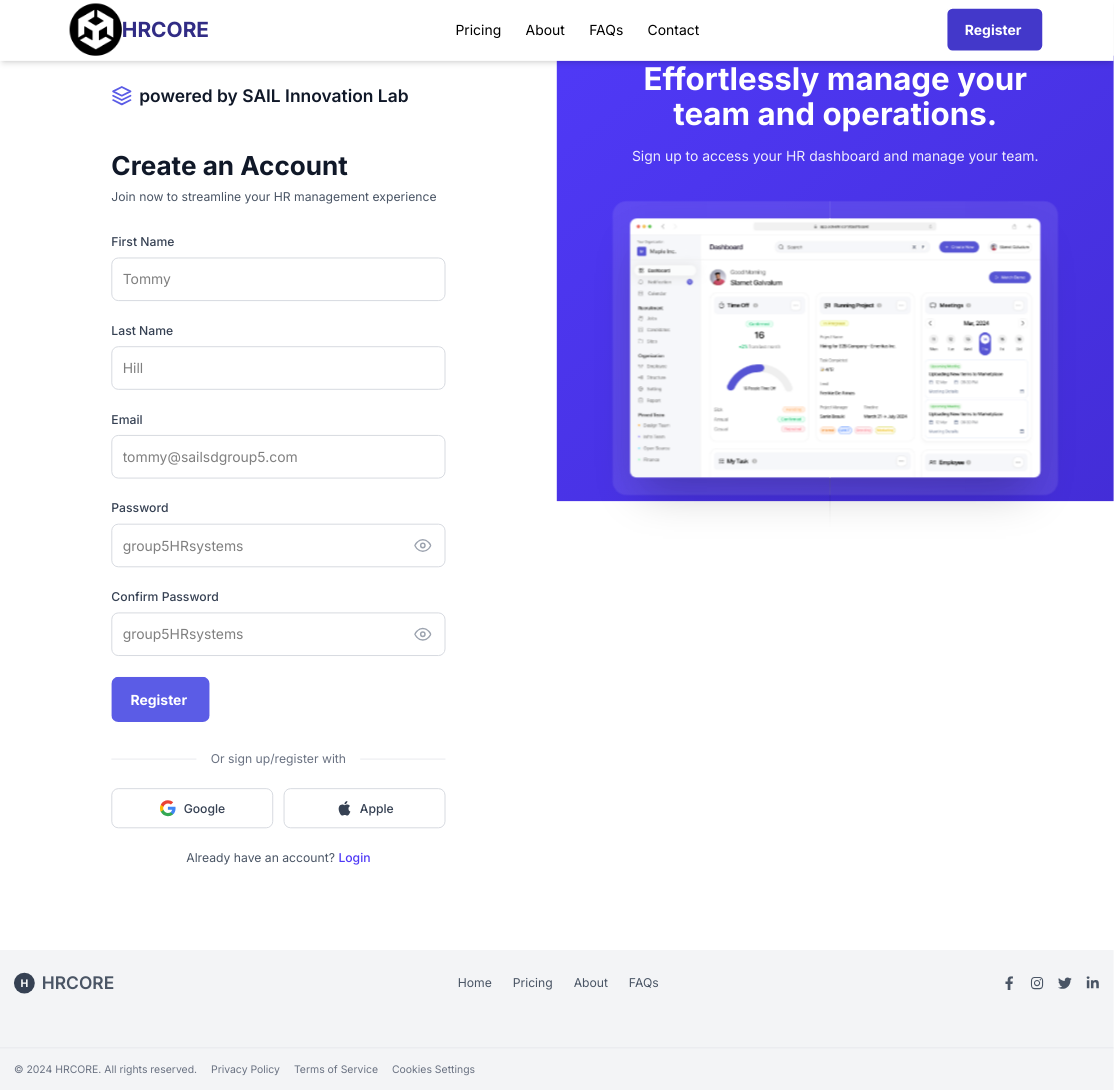
Repository: SAIL-GROUP-5-HR-WEB-APP/HR-WEB
Page: /signup
The author's editor kept a copy of each file at every save. The page is drawn from the files as they stood at one save, then again after the next save.
The browser window is 1280 px wide. The pictures show the whole page, at 87% of full size.
The project was rebuilt for these pictures with package versions that can differ from the ones it lists, and the page was loaded fresh each time. Also part of the build but not shown: vite.config.ts, src/Components/Block/home/Hero.tsx, src/Components/Block/home/Companies.tsx, src/Components/Block/home/Body.tsx, src/Components/Block/home/HowItWorks.tsx, src/Components/Block/home/HowOne.tsx, src/Components/Block/home/HowTwo.tsx, src/Components/Block/home/Testimonial.tsx and 8 more.

Above is the page before, as saved 2025-08-11 09:04:45.

### index.html
<!DOCTYPE html>
<html lang="en">
  <head>
    <meta charset="UTF-8" />
    <link rel="icon" type="image/svg+xml" href="/vite.svg" />
    <meta name="viewport" content="width=device-width, initial-scale=1.0" />
    <title>Vite + React + TS</title>
    <link rel="preconnect" href="https://fonts.googleapis.com" />
    <link rel="preconnect" href="https://fonts.gstatic.com" crossorigin />
    <link
      href="https://fonts.googleapis.com/css2?family=Inter:ital,opsz,wght@0,14..32,100..900;1,14..32,100..900&display=swap"
      rel="stylesheet"
    />
  </head>
  <body>
    <div id="root"></div>
    <script type="module" src="/src/main.tsx"></script>
  </body>
</html>

### src/App.tsx
import React from "react";
import Home from "./Pages/Home";
import About from "./Pages/About";
import Pricing from "./Pages/Pricing";
import Faqs from "./Pages/Faqs";
import { BrowserRouter, Routes, Route } from "react-router-dom";
import Header from "./Static/Header";
import Footer from "./Static/Footer";
import LoginPage from "./Pages/LoginPage";
import SignupPage from "./Pages/SignupPage";
import Onboarding from "./Pages/Onboarding";
import Contact from "./Pages/Contact";

const App = () => {
  return (
    <div>
      <BrowserRouter>
        <Header />
        <Routes>
          <Route path="/" element={<Home />} />
          <Route path="/about" element={<About />} />
          <Route path="/pricing" element={<Pricing />} />
          <Route path="/faqs" element={<Faqs />} />
          <Route path="/login" element={<LoginPage />} />
          <Route path="/signup" element={<SignupPage />} />
          <Route path="/onboarding" element={<Onboarding />} />
          <Route path="/contact" element={<Contact />} />
        </Routes>
        <Footer />
      </BrowserRouter>
    </div>
  );
};

export default App;

### src/index.css
@tailwind base;
@tailwind components;
@tailwind utilities;

@import "tailwindcss";

@theme {
  --breakpoint-tablet: 800px;
  --breakpoint-mobile: 500px;
}

:root {
  line-height: 1.5;
  font-weight: 400;
}

body {
  margin: 0;
  font-family: "Inter", sans-serif;
}

### src/Static/Header.tsx
import React, { useState } from "react";
import { Link } from "react-router-dom";

import { RxHamburgerMenu, RxCross1 } from "react-icons/rx";
import Sidebar from "./Sidebar";
import logo from "../assets/hrlogo.png";
import Button from "../Components/Reuseable/Button";

const Header: React.FC = () => {
  const [toggle, setToggle] = useState(false);

  const handleToggle = () => {
    setToggle((prev) => !prev);
  };

  return (
    <header className="shadow-md h-[70px] fixed top-0 right-0 left-0 bg-white z-40">
      <div className="max-w-[1280px] mx-auto px-20 flex items-center justify-between py-1 ">
        <Link to="/">
          {" "}
          <div className="flex items-center">
            <img src={logo} alt="" className="w-[60px]" />
            <span className="font-bold text-2xl text-indigo-900">HRCORE</span>
          </div>
        </Link>

        <div className="flex gap-7 max-[990px]:hidden ">
          <Link to="/pricing">
            {" "}
            <nav>Pricing</nav>
          </Link>
          <Link to="/about">
            <nav>About</nav>
          </Link>
          <Link to="/faqs">
            {" "}
            <nav>FAQs</nav>
          </Link>
          <Link to="/contact">
            {" "}
            <nav>Contact</nav>
          </Link>
        </div>
        <div className="max-[990px]:hidden ">
          <Link to="/signup">
            <Button
              title="Register"
              bg="#4338CA"
              textColor="white"
              borderColor="white"
              hoverr=" hover:scale-105"
            />
          </Link>
        </div>
        <section className=" hidden max-[990px]:block">
          {toggle ? (
            <RxCross1 size={35} onClick={handleToggle} />
          ) : (
            <RxHamburgerMenu size={35} onClick={handleToggle} />
          )}
        </section>
      </div>
      <div>{toggle && <Sidebar handleToggle={handleToggle} />}</div>
    </header>
  );
};

export default Header;

### src/Pages/SignupPage.tsx
import React, { useState } from 'react';
import Logo from '../Components/Reuseable/Logo';
import PasswordInput from '../Components/Reuseable/PasswordInput';
import SocialButton from '../Components/Reuseable/SocialButton';
import Button from '../Components/Reuseable/Button';

// Define the shape of the form data for type safety
interface FormData {
  firstName: string;
  lastName: string;
  email: string;
  password: string;
  confirmPassword: string;
}

// Main SignupPage component for user registration
const SignupPage: React.FC = () => {
  // State for form inputs
  const [formData, setFormData] = useState<FormData>({
    firstName: '',
    lastName: '',
    email: '',
    password: '',
    confirmPassword: '',
  });

  // State for form errors
  const [errors, setErrors] = useState<Partial<FormData>>({});
  // State for password visibility
  const [showPassword, setShowPassword] = useState(false);
  const [showConfirmPassword, setShowConfirmPassword] = useState(false);
  // State for submission status
  const [submitError, setSubmitError] = useState<string | null>(null);

  // Validate form inputs
  const validateForm = (): boolean => {
    const newErrors: Partial<FormData> = {};
    if (!formData.firstName.trim()) {
      newErrors.firstName = 'First name is required';
    }
    if (!formData.lastName.trim()) {
      newErrors.lastName = 'Last name is required';
    }
    if (!formData.email.trim()) {
      newErrors.email = 'Email is required';
    } else if (!/^[^\s@]+@[^\s@]+\.[^\s@]+$/.test(formData.email)) {
      newErrors.email = 'Invalid email format';
    }
    if (!formData.password) {
      newErrors.password = 'Password is required';
    } else if (formData.password.length < 8) {
      newErrors.password = 'Password must be at least 8 characters';
    }
    if (formData.password !== formData.confirmPassword) {
      newErrors.confirmPassword = 'Passwords do not match';
    }
    setErrors(newErrors);
    return Object.keys(newErrors).length === 0;
  };

  // Handle input changes for form fields
  const handleInputChange = (e: React.ChangeEvent<HTMLInputElement>) => {
    const { name, value } = e.target;
    setFormData((prev) => ({
      ...prev,
      [name]: value,
    }));
    // Clear error for the field being edited
    setErrors((prev) => ({ ...prev, [name]: undefined }));
  };

  // Handle form submission
  const handleSubmit = async (e: React.FormEvent) => {
    e.preventDefault();
    setSubmitError(null);

    if (!validateForm()) {
      return;
    }

    try {
      console.log('Form submitted:', formData);
      // TODO: Replace with API call to backend
      // Example:
      // const response = await fetch('/api/signup', {
      //   method: 'POST',
      //   headers: { 'Content-Type': 'application/json' },
      //   body: JSON.stringify(formData),
      // });
      // if (!response.ok) throw new Error('Signup failed');
      // Redirect to dashboard, e.g.:
      // window.location.href = '/dashboard';
    } catch (error) {
      setSubmitError('An error occurred during signup. Please try again.');
    }
  };

  // Handle Google signup
  const handleGoogleSignup = () => {
    console.log('Signup with Google');
    // TODO: Add Google OAuth integration
  };

  // Handle Apple signup
  const handleAppleSignup = () => {
    console.log('Signup with Apple');
    // TODO: Add Apple OAuth integration
  };

  return (
    // Main container with padding for Header and Footer
    <div className="flex min-h-screen bg-white lg:flex-row flex-col pt-16 pb-16">
      {/* Form Section */}
      <div className="lg:w-1/2 w-full max-w-md mx-auto p-8 flex flex-col justify-center">
        {/* Logo */}
        <div className="mb-12">
          <Logo />
        </div>

        {/* Form Content */}
        <div className="max-w-sm mx-auto w-full">
          {/* Form Header */}
          <div className="mb-8 text-left">
            <h1 className="text-3xl font-bold text-gray-900 mb-2">Create an Account</h1>
            <p className="text-sm text-gray-600">
              Join now to streamline your HR management experience
            </p>
          </div>

          {/* Submission Error */}
          {submitError && (
            <p className="text-sm text-red-500 mb-4" role="alert">
              {submitError}
            </p>
          )}

          {/* Signup Form */}
          <form className="flex flex-col gap-6 mb-8" onSubmit={handleSubmit} noValidate>
            {/* First Name Input */}
            <div className="flex flex-col gap-2">
              <label htmlFor="firstName" className="text-sm font-medium text-gray-700">
                First Name
              </label>
              <input
                type="text"
                id="firstName"
                name="firstName"
                placeholder="Tommy"
                value={formData.firstName}
                onChange={handleInputChange}
                required
                aria-invalid={!!errors.firstName}
                aria-describedby={errors.firstName ? 'firstName-error' : undefined}
                className={`p-3 border ${errors.firstName ? 'border-red-500' : 'border-gray-300'} rounded-lg focus:outline-none focus:ring-2 focus:ring-indigo-500 focus:border-indigo-500 transition`}
              />
              {errors.firstName && (
                <p id="firstName-error" className="text-sm text-red-500 mt-1">
                  {errors.firstName}
                </p>
              )}
            </div>

            {/* Last Name Input */}
            <div className="flex flex-col gap-2">
              <label htmlFor="lastName" className="text-sm font-medium text-gray-700">
                Last Name
              </label>
              <input
                type="text"
                id="lastName"
                name="lastName"
                placeholder="Hill"
                value={formData.lastName}
                onChange={handleInputChange}
                required
                aria-invalid={!!errors.lastName}
                aria-describedby={errors.lastName ? 'lastName-error' : undefined}
                className={`p-3 border ${errors.lastName ? 'border-red-500' : 'border-gray-300'} rounded-lg focus:outline-none focus:ring-2 focus:ring-indigo-500 focus:border-indigo-500 transition`}
              />
              {errors.lastName && (
                <p id="lastName-error" className="text-sm text-red-500 mt-1">
                  {errors.lastName}
                </p>
              )}
            </div>

            {/* Email Input */}
            <div className="flex flex-col gap-2">
              <label htmlFor="email" className="text-sm font-medium text-gray-700">
                Email
              </label>
              <input
                type="email"
                id="email"
                name="email"
                placeholder="tommy@sailsdgroup5.com"
                value={formData.email}
                onChange={handleInputChange}
                required
                aria-invalid={!!errors.email}
                aria-describedby={errors.email ? 'email-error' : undefined}
                className={`p-3 border ${errors.email ? 'border-red-500' : 'border-gray-300'} rounded-lg focus:outline-none focus:ring-2 focus:ring-indigo-500 focus:border-indigo-500 transition`}
              />
              {errors.email && (
                <p id="email-error" className="text-sm text-red-500 mt-1">
                  {errors.email}
                </p>
              )}
            </div>

            {/* Password Input */}
            <PasswordInput
              label="Password"
              id="password"
              name="password"
              placeholder="group5HRsystems"
              value={formData.password}
              onChange={handleInputChange}
              showPassword={showPassword}
              toggleShowPassword={() => setShowPassword(!showPassword)}
              error={errors.password}
            />

            {/* Confirm Password Input */}
            <PasswordInput
              label="Confirm Password"
              id="confirmPassword"
              name="confirmPassword"
              placeholder="group5HRsystems"
              value={formData.confirmPassword}
              onChange={handleInputChange}
              showPassword={showConfirmPassword}
              toggleShowPassword={() => setShowConfirmPassword(!showConfirmPassword)}
              error={errors.confirmPassword}
            />

            {/* Submit Button */}
            <Button
              title="Register"
              bg="#5B5CE6"
              textColor="white"
              borderColor="transparent"
              hoverr="hover:bg-indigo-700"
            />
          </form>

          {/* Divider */}
          <div className="flex items-center my-6">
            <div className="flex-1 h-px bg-gray-200"></div>
            <span className="px-4 text-sm text-gray-500 bg-white">Or sign up/register with</span>
            <div className="flex-1 h-px bg-gray-200"></div>
          </div>

          {/* Social Login Buttons */}
          <div className="flex gap-3 mb-6 lg:flex-row flex-col">
            <SocialButton
              icon={
                <svg width="20" height="20" viewBox="0 0 24 24" aria-hidden="true">
                  <path
                    d="M22.56 12.25c0-.78-.07-1.53-.2-2.25H12v4.26h5.92c-.26 1.37-1.04 2.53-2.21 3.31v2.77h3.57c2.08-1.92 3.28-4.74 3.28-8.09z"
                    fill="#4285F4"
                  />
                  <path
                    d="M12 23c2.97 0 5.46-.98 7.28-2.66l-3.57-2.77c-.98.66-2.23 1.06-3.71 1.06-2.86 0-5.29-1.93-6.16-4.53H2.18v2.84C3.99 20.53 7.7 23 12 23z"
                    fill="#34A853"
                  />
                  <path
                    d="M5.84 14.09c-.22-.66-.35-1.36-.35-2.09s.13-1.43.35-2.09V7.07H2.18C1.43 8.55 1 10.22 1 12s.43 3.45 1.18 4.93l2.85-2.22.81-.62z"
                    fill="#FBBC05"
                  />
                  <path
                    d="M12 5.38c1.62 0 3.06.56 4.21 1.64l3.15-3.15C17.45 2.09 14.97 1 12 1 7.7 1 3.99 3.47 2.18 7.07l3.66 2.84c.87-2.6 3.3-4.53 6.16-4.53z"
                    fill="#EA4335"
                  />
                </svg>
              }
              text="Google"
              onClick={handleGoogleSignup}
            />
            <SocialButton
              icon={
                <svg width="20" height="20" viewBox="0 0 24 24" fill="currentColor" aria-hidden="true">
                  <path d="M18.71 19.5C17.88 20.74 17 21.95 15.66 21.97C14.32 22 13.89 21.18 12.37 21.18C10.84 21.18 10.37 21.95 9.1 22C7.79 22.05 6.8 20.68 5.96 19.47C4.25 17 2.94 12.45 4.7 9.39C5.57 7.87 7.13 6.91 8.82 6.88C10.1 6.86 11.32 7.75 12.11 7.75C12.89 7.75 14.37 6.68 15.92 6.84C16.57 6.87 18.39 7.1 19.56 8.82C19.47 8.88 17.39 10.1 17.41 12.63C17.44 15.65 20.06 16.66 20.09 16.67C20.06 16.74 19.67 18.11 18.71 19.5ZM13 3.5C13.73 2.67 14.94 2.04 15.94 2C16.07 3.17 15.6 4.35 14.9 5.19C14.21 6.04 13.07 6.7 11.95 6.61C11.8 5.46 12.36 4.26 13 3.5Z" />
                </svg>
              }
              text="Apple"
              onClick={handleAppleSignup}
            />
          </div>

          {/* Sign In Link */}
          <div className="text-center text-sm text-gray-600">
            Already have an account?{' '}
            <a href="/login" className="text-indigo-600 font-medium hover:underline">
              Login
            </a>
          </div>
        </div>
      </div>

      {/* Image Section */}
      <div className="lg:w-1/2 w-full h-128 bg-gradient-to-br from-indigo-600 to-indigo-700 flex items-center justify-center p-10">
        <div className="text-center text-white max-w-lg">
          <h2 className="text-3xl font-bold mb-4 lg:text-4xl">
            Effortlessly manage your team and operations.
          </h2>
          <p className="text-base opacity-90 mb-10">
            Sign up to access your HR dashboard and manage your team.
          </p>
          <div className="bg-white/10 rounded-2xl p-5 backdrop-blur-lg">
            <img
              src="src/assets/dashboard.png"
              alt="Dashboard Preview"
              className="w-full h-auto rounded-lg shadow-2xl"
            />
          </div>
        </div>
      </div>
    </div>
  );
};

export default SignupPage;

### src/Components/Reuseable/Button.tsx
interface ButtonProps {
  title: string;
  bg?: string;
  textColor?: string;
  borderColor?: string;
  hoverr?: string;
  icon?: React.ReactNode;
  hoverColor?: string;
}

const Button: React.FC<ButtonProps> = ({
  title,
  bg,
  textColor,
  borderColor,
  hoverr,
  icon,
  hoverColor,
}) => {
  return (
    <button
      style={{
        backgroundColor: `${bg}`,
        color: `${textColor}`,
        border: `2px solid ${borderColor}`,
      }}
      className={`px-5 py-3 rounded-lg flex items-center w-max transition-all duration-300 ${hoverr} font-bold cursor-pointer hover:${hoverColor}`}
    >
      <span> {title}</span>
      <span className="ml-1">{icon}</span>
    </button>
  );
};

export default Button;

### src/Components/Reuseable/Logo.tsx
import React, { memo } from 'react';

// Logo component for consistent branding across the HR-WEBAPP
const Logo: React.FC = () => {
  return (
    // Flex container for logo icon and text, with ARIA label for accessibility
    <div className="flex items-center gap-2" aria-label="Group5 HR logo">
      {/* SVG Logo Icon */}
      <svg width="24" height="24" viewBox="0 0 24 24" fill="none" aria-hidden="true">
        <path
          d="M12 2L2 7L12 12L22 7L12 2Z"
          stroke="#5B5CE6"
          strokeWidth="2"
          strokeLinecap="round"
          strokeLinejoin="round"
        />
        <path
          d="M2 17L12 22L22 17"
          stroke="#5B5CE6"
          strokeWidth="2"
          strokeLinecap="round"
          strokeLinejoin="round"
        />
        <path
          d="M2 12L12 17L22 12"
          stroke="#5B5CE6"
          strokeWidth="2"
          strokeLinecap="round"
          strokeLinejoin="round"
        />
      </svg>
      {/* Logo Text */}
      <span className="text-xl font-semibold text-gray-900">powered by SAIL Innovation Lab</span>
    </div>
  );
};

export default memo(Logo); // Memoize to prevent unnecessary re-renders

### src/Components/Reuseable/PasswordInput.tsx
import React, { memo } from 'react';

// Props interface for type safety
interface PasswordInputProps {
  label: string;
  id: string;
  name: string;
  placeholder: string;
  value: string;
  onChange: (e: React.ChangeEvent<HTMLInputElement>) => void;
  showPassword: boolean;
  toggleShowPassword: () => void;
  error?: string; // Optional error message for validation
}

// Reusable PasswordInput component with toggleable visibility
const PasswordInput: React.FC<PasswordInputProps> = ({
  label,
  id,
  name,
  placeholder,
  value,
  onChange,
  showPassword,
  toggleShowPassword,
  error,
}) => {
  return (
    // Flex container for label, input, and error message
    <div className="flex flex-col gap-2">
      <label htmlFor={id} className="text-sm font-medium text-gray-700">
        {label}
      </label>
      <div className="relative">
        {/* Password Input Field with ARIA attributes */}
        <input
          type={showPassword ? 'text' : 'password'}
          id={id}
          name={name}
          placeholder={placeholder}
          value={value}
          onChange={onChange}
          required
          aria-invalid={!!error}
          aria-describedby={error ? `${id}-error` : undefined}
          className={`p-3 border ${error ? 'border-red-500' : 'border-gray-300'} rounded-lg w-full focus:outline-none focus:ring-2 focus:ring-indigo-500 focus:border-indigo-500 transition`}
        />
        {/* Password Visibility Toggle Button */}
        <button
          type="button"
          onClick={toggleShowPassword}
          aria-label={showPassword ? 'Hide password' : 'Show password'}
          className="absolute right-3 top-1/2 transform -translate-y-1/2 p-1 hover:opacity-70"
        >
          <svg width="20" height="20" viewBox="0 0 24 24" fill="none" aria-hidden="true">
            <path
              d="M1 12S5 4 12 4S23 12 23 12S19 20 12 20S1 12 1 12Z"
              stroke="#9CA3AF"
              strokeWidth="2"
              strokeLinecap="round"
              strokeLinejoin="round"
            />
            <circle cx="12" cy="12" r="3" stroke="#9CA3AF" strokeWidth="2" />
          </svg>
        </button>
      </div>
      {/* Error Message */}
      {error && (
        <p id={`${id}-error`} className="text-sm text-red-500 mt-1">
          {error}
        </p>
      )}
    </div>
  );
};

export default memo(PasswordInput); // Memoize to prevent unnecessary re-renders

### src/Components/Reuseable/SocialButton.tsx
import React, { memo } from 'react';

// Props interface for type safety
interface SocialButtonProps {
  icon: React.ReactNode;
  text: string;
  onClick: () => void;
}

// Reusable SocialButton component for social login buttons
const SocialButton: React.FC<SocialButtonProps> = ({ icon, text, onClick }) => {
  return (
    // Button with flex layout, ARIA label for accessibility
    <button
      type="button"
      onClick={onClick}
      aria-label={`Sign up with ${text}`}
      className="flex-1 flex items-center justify-center gap-2 p-3 border border-gray-300 rounded-lg text-sm font-medium text-gray-700 hover:border-gray-400 hover:shadow-sm transition"
    >
      {icon}
      {text}
    </button>
  );
};

export default memo(SocialButton); // Memoize to prevent unnecessary re-renders

Loaded but not shown: src/main.tsx (common file); src/Static/Footer.tsx (72 lines, source omitted)

After the next save:
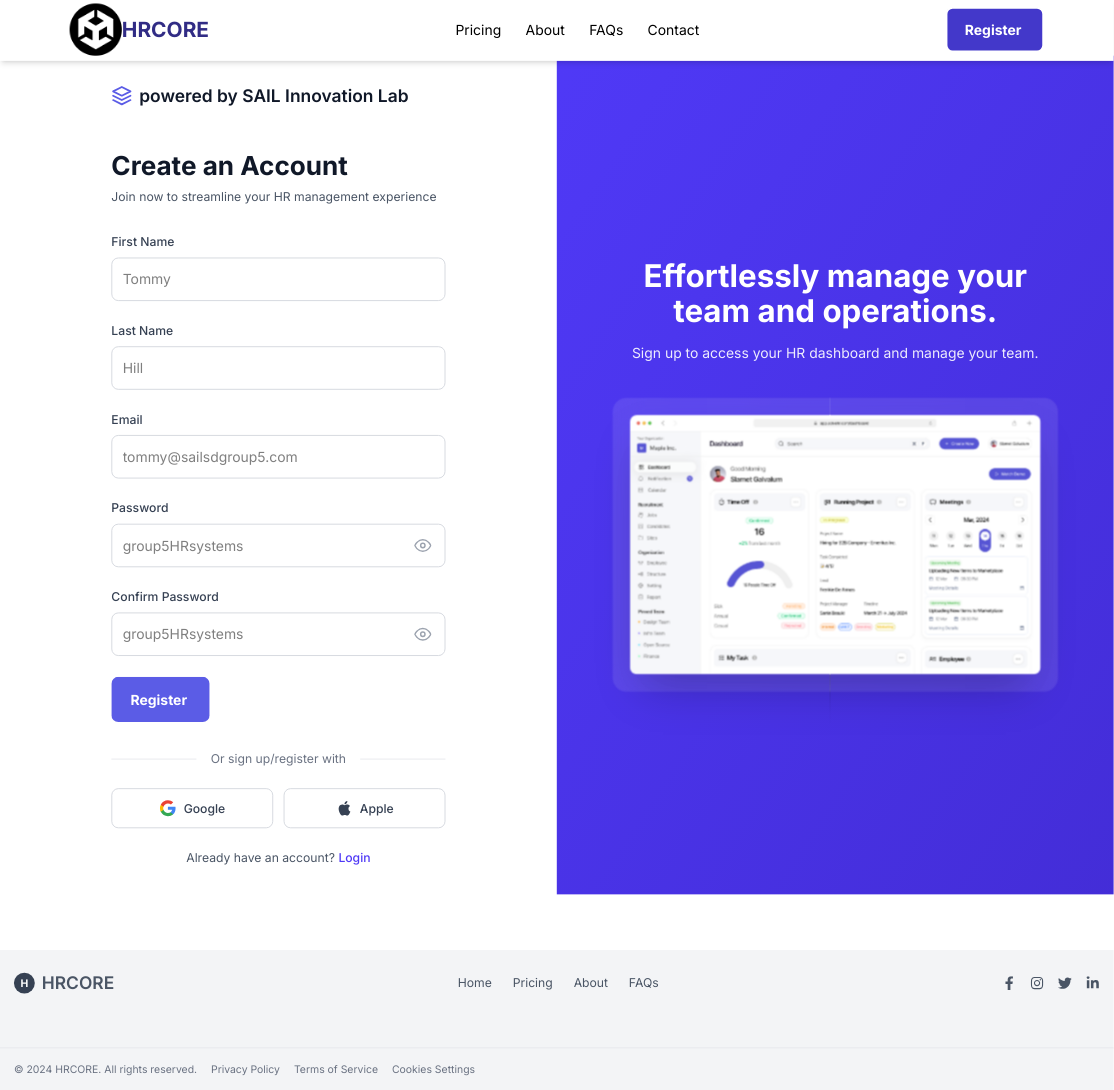
Saved 20 s later.
--- a/src/Pages/SignupPage.tsx
+++ b/src/Pages/SignupPage.tsx
@@ -299,7 +299,7 @@ const SignupPage: React.FC = () => {
       </div>
 
       {/* Image Section */}
-      <div className="lg:w-1/2 w-full h-128 bg-gradient-to-br from-indigo-600 to-indigo-700 flex items-center justify-center p-10">
+      <div className="lg:w-1/2 w-full bg-gradient-to-br from-indigo-600 to-indigo-700 flex items-center justify-center p-10">
         <div className="text-center text-white max-w-lg">
           <h2 className="text-3xl font-bold mb-4 lg:text-4xl">
             Effortlessly manage your team and operations.
